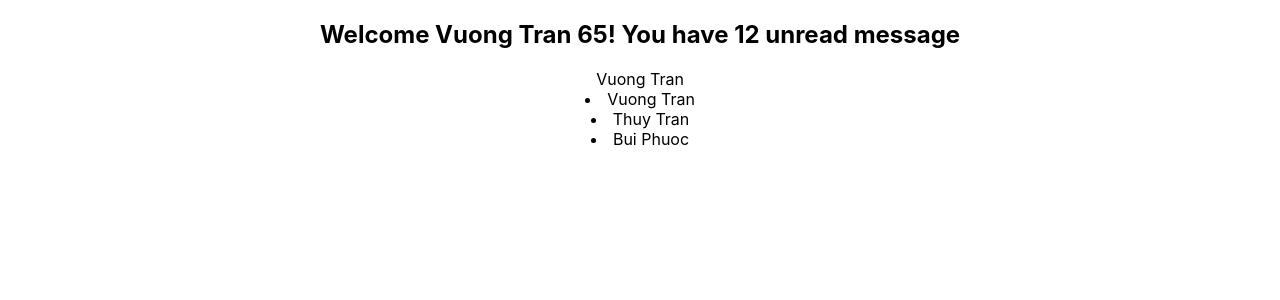
Repository: vuongtm1999/ALTA-exercise-1
Page: /
These files come from the project's save history. The page is drawn as it stood at one moment and after a run of saves; the edit follows.
The browser window is 1280 px wide. The pictures show the whole page.
The project was rebuilt for these pictures with package versions that can differ from the ones it lists, and the page was loaded fresh each time.

Above is the page before, as saved 2022-10-24 16:49:37.

### src/App.tsx
import './App.css';
import { Greet } from './components/Greet';
import { Person } from './components/Person';
import { PersonList } from './components/PersonList';

function App() {
  const personName = {
    firstName: "Vuong",
    lastName: "Tran",
  }

  const listName = [
    {
      firstName: "Vuong",
      lastName: "Tran",
    },
    {
      firstName: "Thuy",
      lastName: "Tran",
    },
    {
      firstName: "Bui",
      lastName: "Phuoc",
    }
  ]
  return (
    <div className="App">
      <Greet name="Vuong Tran 65" messageCount={12} isLoggedIn={true}  />
      <Person name={personName} />
      <PersonList names={listName} />
    </div>
  );
}

export default App;

### src/components/Greet.tsx
type Greetprops = {
    name: string
    messageCount: number
    isLoggedIn: boolean
}

const Greet = (props: Greetprops) => {
    return (
        <div>
            {props.isLoggedIn ?  <h2>Welcome {props.name}! You have {props.messageCount} unread message</h2> :
                                    <h2>Welcome guest</h2>
            }
        </div>
     );
};

export { Greet }

### src/components/Person.tsx
type PersonProps = {
    name: {
        firstName: string
        lastName: string
    }
}

export const Person = (props: PersonProps) => {
    return (
        <div>{props.name.firstName} {props.name.lastName}</div>
     );
}

### src/components/PersonList.tsx
type PersonListProps = {
    names: {
        firstName: string
        lastName: string
    }[]
}

export const PersonList = (props: PersonListProps) => {
    return (
        <div>
            {props.names.map(name => <li>{name.firstName} {name.lastName}</li>)}
        </div>
     );
}

Loaded but not shown: public/index.html (common file); src/index.tsx (common file); src/index.css (common file); src/reportWebVitals.ts (common file); src/App.css (common file)

After the next 2 saves:
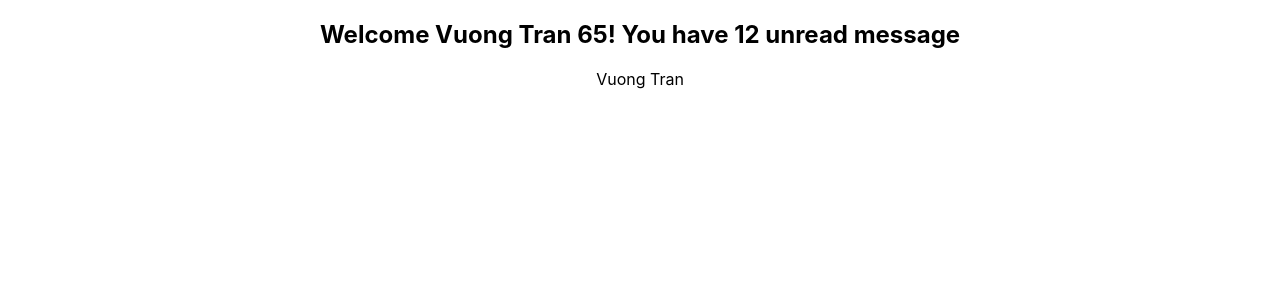
The 2 saves are shown as one change because 1 did not build or start.
The last was saved 30 s later.
--- a/src/components/PersonList.tsx
+++ b/src/components/PersonList.tsx
@@ -1,3 +1,5 @@
+import { log } from "console"
+
 type PersonListProps = {
     names: {
         firstName: string
@@ -8,7 +10,8 @@
 export const PersonList = (props: PersonListProps) => {
     return (
         <div>
-            {props.names.map(name => <li>{name.firstName} {name.lastName}</li>)}
+            {props.names.map(name => {return console.log(name);
+            })}
         </div>
      );
 }

After the save that followed:
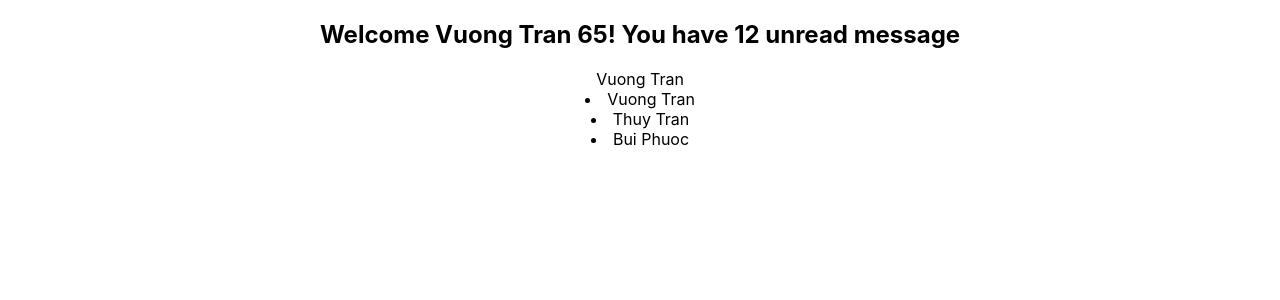
Saved 11 s later.
--- a/src/components/PersonList.tsx
+++ b/src/components/PersonList.tsx
@@ -1,5 +1,3 @@
-import { log } from "console"
-
 type PersonListProps = {
     names: {
         firstName: string
@@ -10,8 +8,7 @@
 export const PersonList = (props: PersonListProps) => {
     return (
         <div>
-            {props.names.map(name => {return console.log(name);
-            })}
+            {props.names.map(name => <li>{name.firstName} {name.lastName}</li>)}
         </div>
      );
 }
